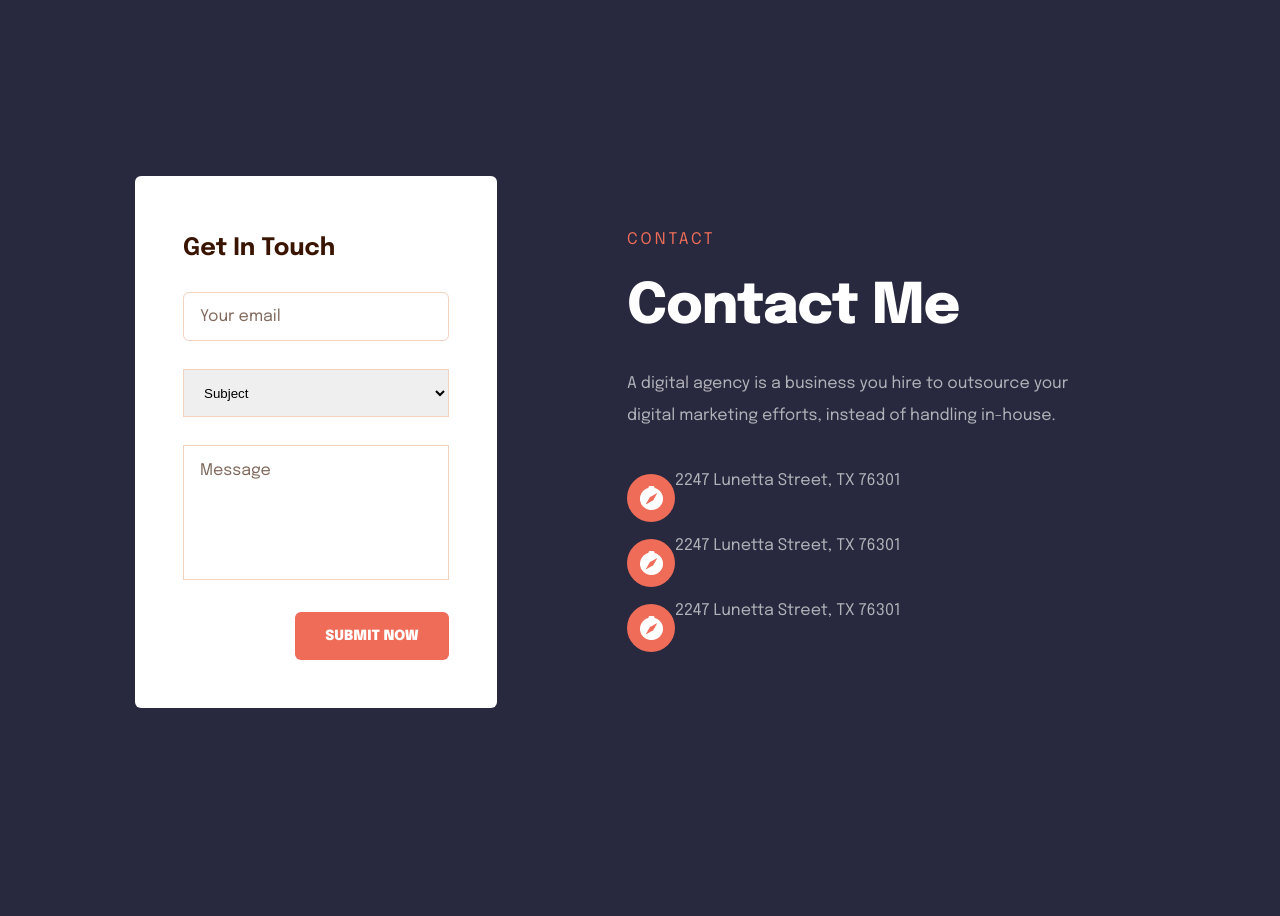
Repository: simralgasimov/contact-me
Page: index.html
These files come from the project's save history. The page is drawn as it stood at one moment and after the next save; the edit follows.
The browser window is 1280 px wide. The pictures show the whole page.

Above is the page before, as saved 2023-10-04 13:41:41.

After the next save:
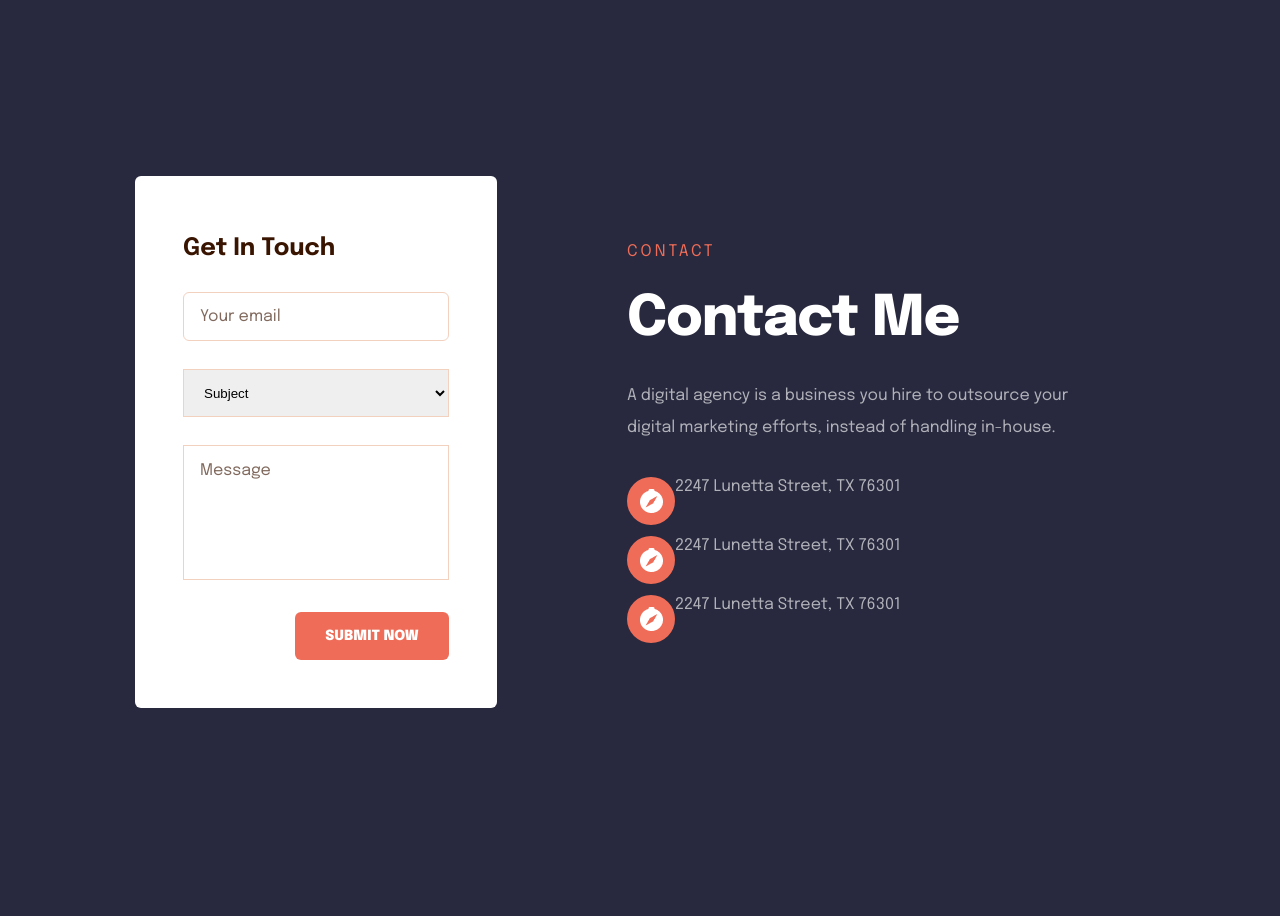
Saved 15 s later.
--- a/index.css
+++ b/index.css
@@ -125,7 +125,7 @@
 }
 
 .container .contact-me p {
-  margin-bottom: 33px;
+  /* margin-bottom: 33px; */
   width: 470px;
   color: var(--Text_Light_Gray, rgba(255, 255, 255, 0.64));
   font-feature-settings: "clig" off, "liga" off;
